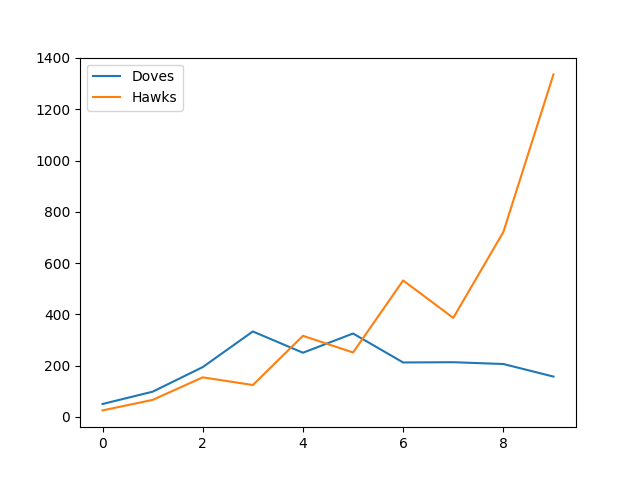
Repository: PatLaCisay/python-hawkdove-master
Script's output: python hawkdove.py
The author's editor kept a copy of each file at every save. The script's output is drawn from the files as they stood at one save, then again after the next save.
Random numbers start from a fixed seed.

Above is the script's output before, as saved 2023-03-07 12:13:54.

After the next save:
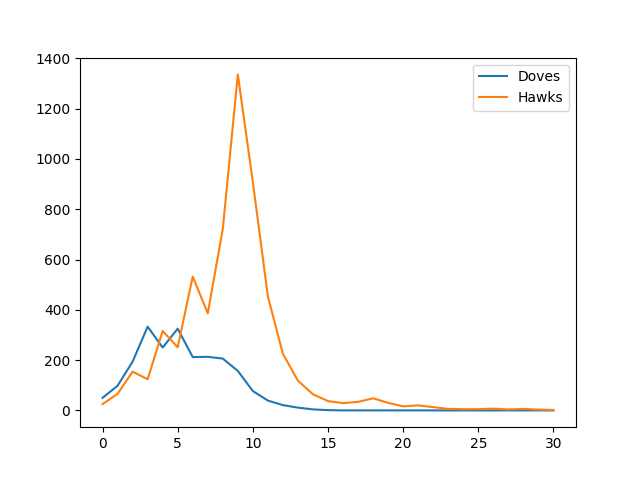
Saved 35 s later.
--- a/hawkdove.py
+++ b/hawkdove.py
@@ -7,7 +7,7 @@ STARTING_DOVES = 50
 STARTING_HAWKS = 25
 STARTING_POPULATION = STARTING_HAWKS + STARTING_DOVES
 
-ROUNDS = 10
+ROUNDS = 50
 STARTING_ENERGY = 100
 
 MIN_FOOD_PER_ROUND = 20
